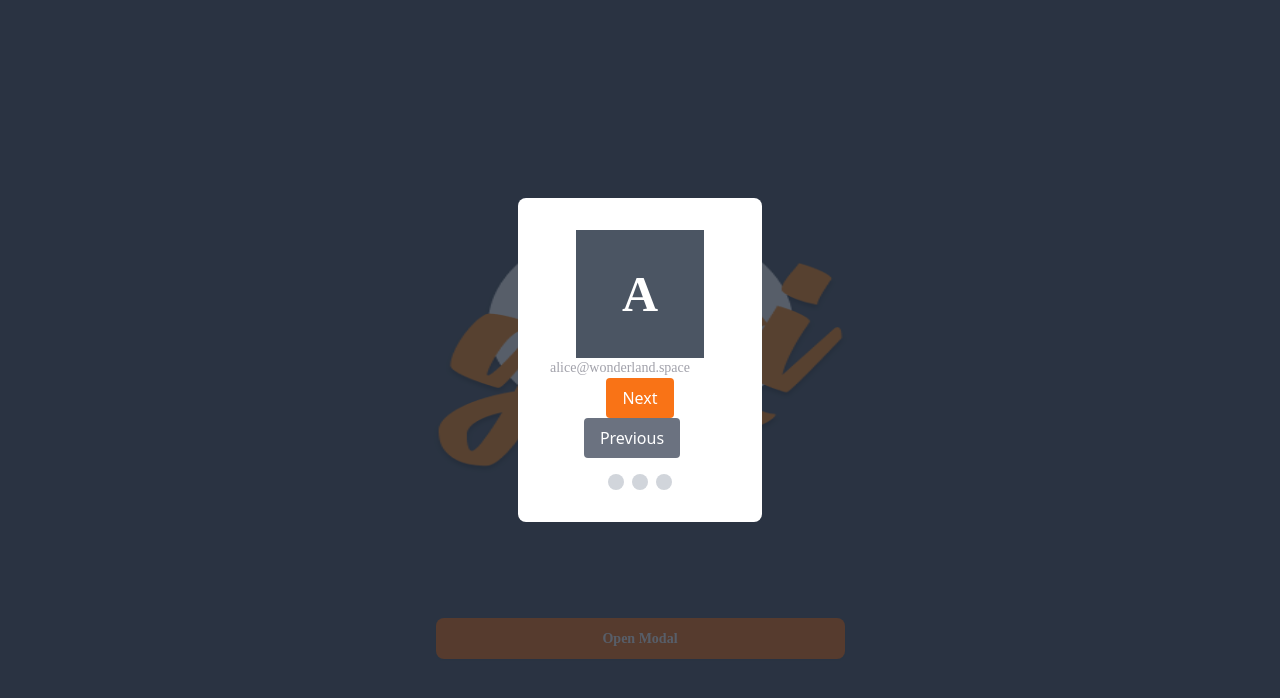
Repository: ZakariaZhlat125/lucatctyteste
Page: /, after clicking the first element matching `button.mt-36`
An editor plug-in stored every save of this project. The page is shown before and after the next save, followed by the edit.
The browser window is 1280 px wide. The pictures show the whole page.
The project was rebuilt for these pictures with package versions that can differ from the ones it lists, and the page was loaded fresh each time. Also part of the build but not shown: vite.config.js, src/Components/ModalComponents/PickLang.jsx, src/Components/ModalComponents/SelectImage.jsx.

Above is the page before, as saved 2023-09-29 10:31:47.

After the next save:
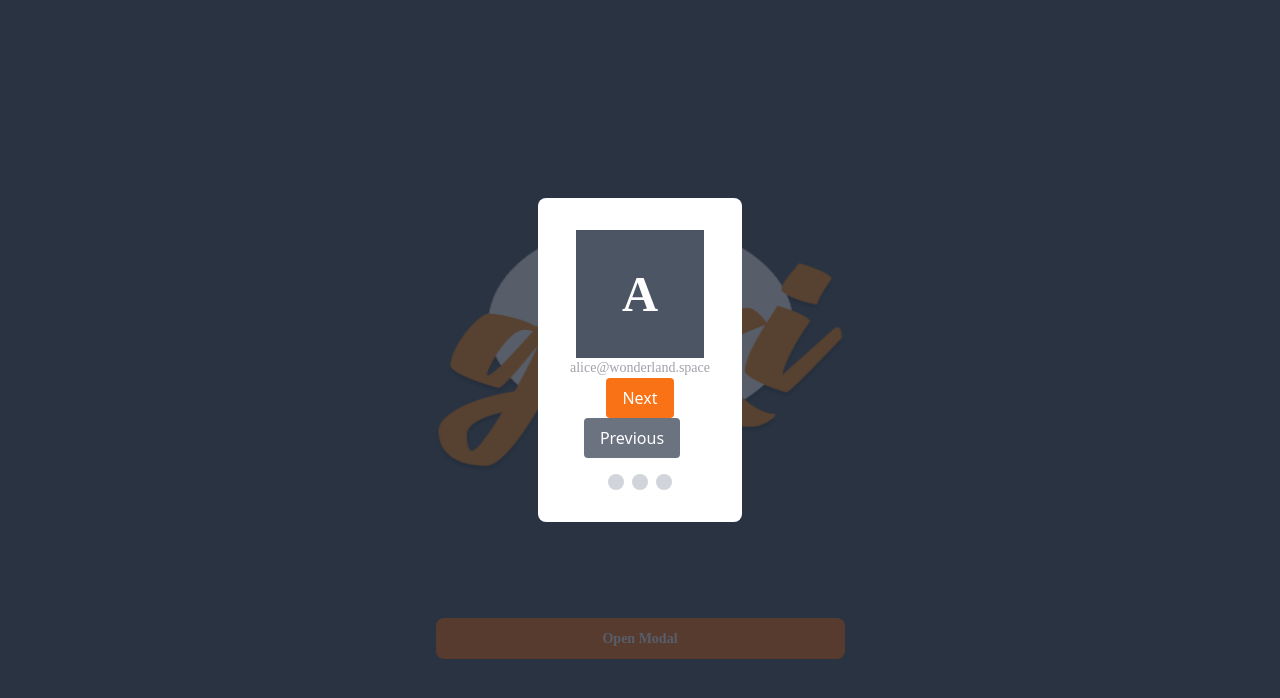
Saved 10 s later.
--- a/src/Components/ModalComponents/Welcom.jsx
+++ b/src/Components/ModalComponents/Welcom.jsx
@@ -9,7 +9,7 @@
         <p className="text-white text-[50px] font-bold font-['Montserrat']">A</p>
       </div>
 
-      <p className="w-[180px] h-5 text-zinc-400 text-sm font-medium font-['Poppins'] ">alice@wonderland.space</p>
+      <p className=" h-5 text-zinc-400 text-sm font-medium font-['Poppins'] ">alice@wonderland.space</p>
       {/* </div> */}
     </div>
   );
